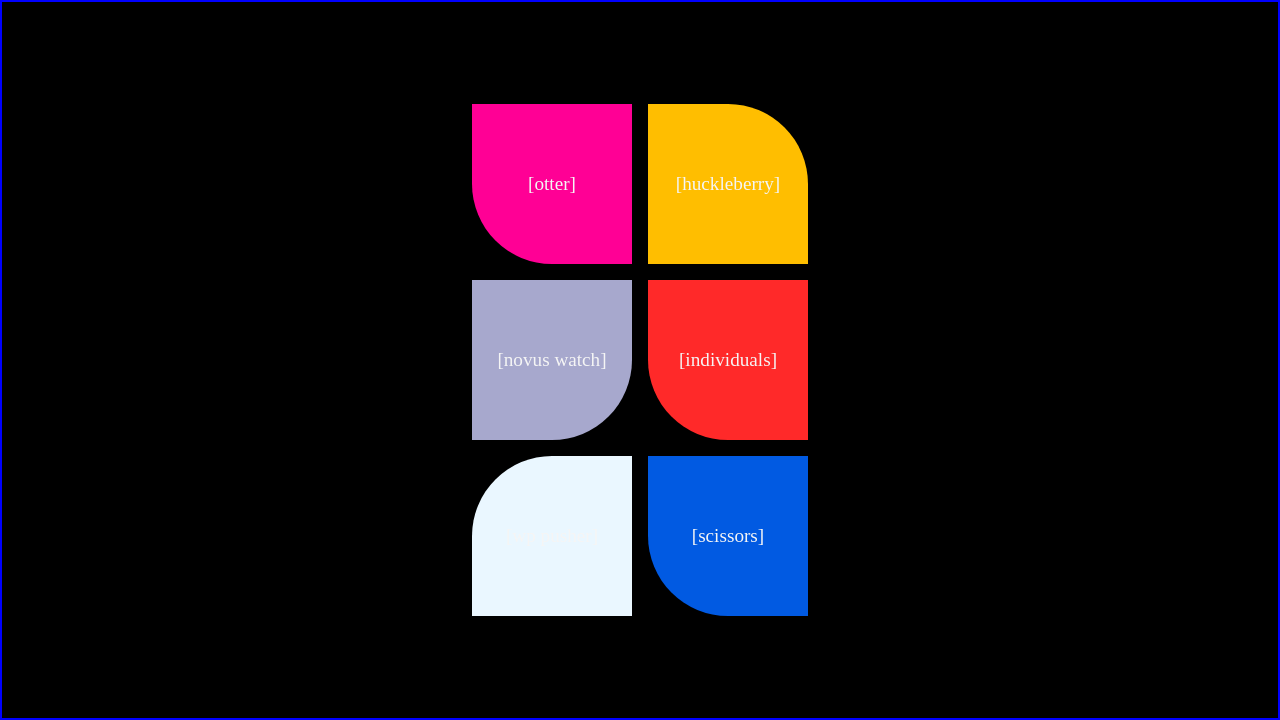
Repository: dark-txch/ass-1-6
Page: index.html
The author's editor kept a copy of each file at every save. The page is drawn from the files as they stood at one save, then again after a run of saves.
The browser window is 1280 px wide. The pictures show the whole page.

Above is the page before, as saved 2024-11-29 15:13:58.

### index.html
<!DOCTYPE html>
<html lang="en">
	<head>
		<meta charset="UTF-8" />
		<meta name="viewport" content="width=device-width, initial-scale=1.0" />

		<!-- main style -->
		<link rel="stylesheet" href="./src/styles/index/index.css" />

		<!--  media query style -->
		<link rel="stylesheet" href="./src/styles/index/media.css" />

		<!--  favicon  -->
		<link rel="icon" href="/assets/C-Favicon/Dark-favicon_io/favicon.ico" />

		<!--  title  -->
		<title>CssAss-1-6</title>
	</head>

	<!--  body  -->
	<body>
		<main>
			<nav>
				<ul>
					<li>
						<a href="./src/pages/otter1.html">&#91;otter&#93;</a>
					</li>
					<li>
						<a href="./src/pages/huckleberry2.html">&#91;huckleberry&#93;</a>
					</li>
					<li>
						<a href="./src/pages/novuswatch3.html">&#91;novus watch&#93;</a>
					</li>
					<li>
						<a href="./src/pages/individuals4.html">&#91;individuals&#93;</a>
					</li>
					<li>
						<a href="./src/pages/wpPusher.html">&#91;wp pusher&#93;</a>
					</li>
					<li>
						<a href="./src/pages/scissors.html">&#91;scissors&#93;</a>
					</li>
				</ul>
			</nav>
		</main>
	</body>
</html>

### src/styles/index/index.css
/*  mobile workflow */
html {
	--background-color: black;
	--font-size: 1rem;
}
body {
	min-height: 100vh;
	min-width: 100vw;
}
* {
	margin: 0;
	padding: 0;
	border: none;
	list-style: none;
	text-decoration: none;
	box-sizing: border-box;
}

/*   -------------------------------- main */
nav {
	min-height: 100vh;
	min-width: 100%;

	background-color: var(--background-color);
	color: whitesmoke;

	display: grid;
	justify-content: center;
	align-items: center;

	border: 2px solid blue;
}

nav ul {
	display: grid;
	gap: 1rem;
	grid-template-columns: 1fr 1fr;
	grid-template-rows: 1fr 1fr 1fr;

	min-width: 100%;
	border-radius: 0 50% 0 0;
}

nav ul li {
	display: flex;
	align-items: center;
	justify-content: center;

	min-height: 10rem;
	min-width: 100%;
	border-radius: 0 50% 0 0;
}

nav ul li:nth-child(1) {
	background-color: #ff0095;
	color: black;
	border-radius: 0 0 0 50%;
}

nav ul li:nth-child(2) {
	background-color: #ffbe00;

	border-radius: 0 50% 0 0;
}

nav ul li:nth-child(3) {
	background-color: #a7a8cd;

	border-radius: 0 0 50% 0;
}

nav ul > :nth-child(4) {
	background-color: #ff2929;

	border-radius: 0 0 0 50%;
}
nav ul > :nth-child(5) {
	background-color: #eaf7ff;
	color: black;

	border-radius: 50% 0 0 0;
}
nav ul :nth-child(6) {
	background-color: #015ae2;

	border-radius: 0 0 0 50%;
}

nav ul li a {
	display: flex;
	align-items: center;
	justify-content: center;

	color: whitesmoke;
	min-height: 10rem;
	min-width: 10rem;

	font-size: calc(var(--font-size) * 1.2);
	text-align: center;
}

Loaded but not shown: src/styles/index/media.css (no stored copy; drawn as an empty file)

After the next 2 saves:
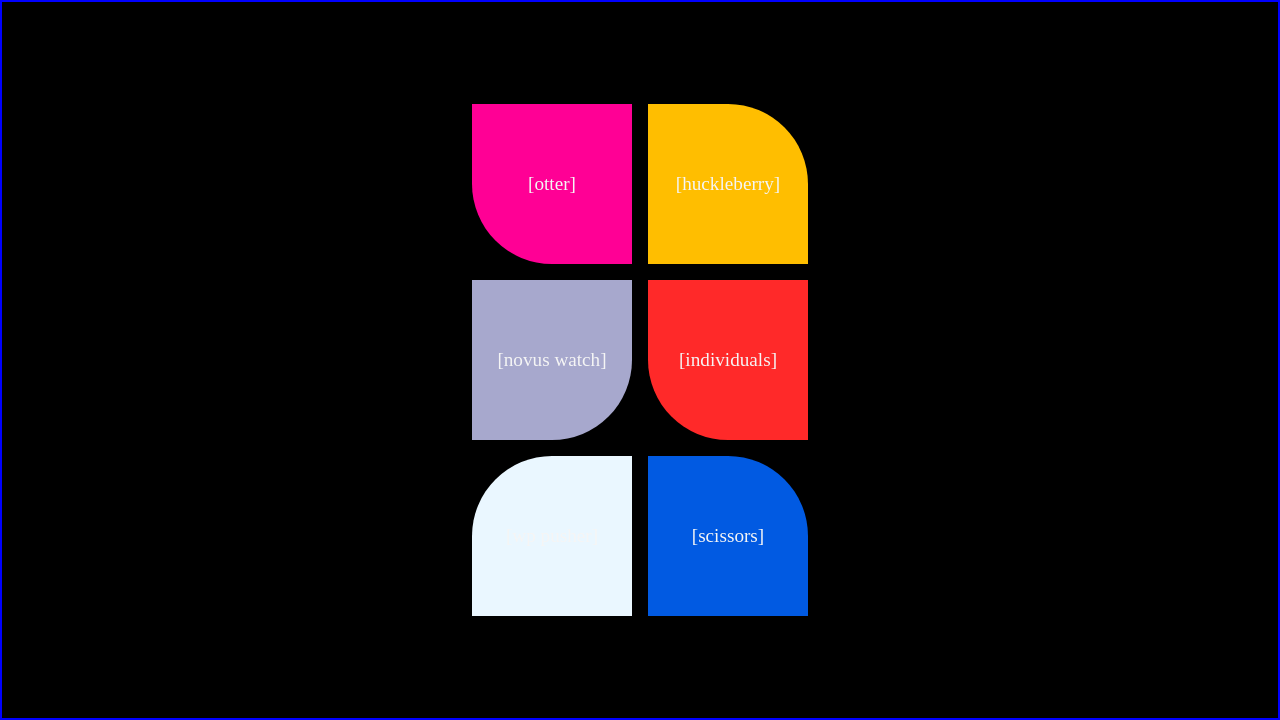
The 2 saves are shown as one change because they came seconds apart.
The last was saved 31 s later.
--- a/src/styles/index/index.css
+++ b/src/styles/index/index.css
@@ -83,7 +83,7 @@
 nav ul :nth-child(6) {
 	background-color: #015ae2;
 
-	border-radius: 0 0 0 50%;
+	border-radius: 0 50% 0 0;
 }
 
 nav ul li a {
